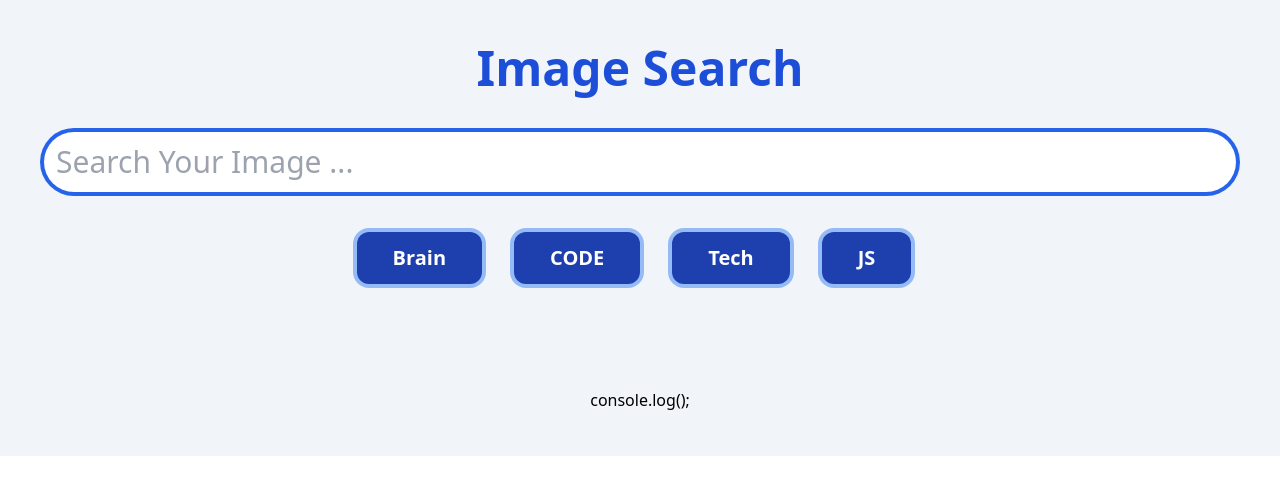
Repository: rkrukshan/react-image-gallery
Page: /
These files come from the project's save history. The page is drawn as it stood at one moment and after the next save; the edit follows.
The browser window is 1280 px wide. The pictures show the whole page.
The project was rebuilt for these pictures with package versions that can differ from the ones it lists, and the page was loaded fresh each time. Also part of the build but not shown: vite.config.js.

Above is the page before, as saved 2025-01-07 21:05:33.

### src/index.css
@tailwind base;
@tailwind components;
@tailwind utilities;

.btn {
  @apply bg-blue-800 text-white px-9 py-3 mr-3 rounded-xl ring-4 font-bold text-xl hover:ring-slate-400 hover:animate-pulse;
}
.img {
  @apply w-96 h-96 transition-all hover:scale-110 hover:ring-8 ring-blue-300 hover:cursor-pointer hover:shadow-xl shadow-black rounded-xl;
}

### src/App.jsx
import Gallery from "./assets/components/Gallery";

export default function App() {
  return (
    <div className=" mx-auto p-11 bg-slate-100">

    <Gallery/>

    </div>
  )
}

### src/assets/components/Gallery.jsx
import { useRef, useState } from "react";

import axios from "axios";

const API_URL = "https://api.unsplash.com/search/photos";

const per_page = 20;
export default function Gallery() {
  const searchInp = useRef(null);
  const [img, setImg] = useState([]);
  const [pge, setPge] = useState(1);
  const [tpage, setTpage] = useState(0);

  const fetchImg = async () => {
    try {
      const { data } = await axios.get(
        `${API_URL}?query=${
          searchInp.current.value
        }&page=${pge}&per_page=${per_page}&client_id=${
          import.meta.env.VITE_API_KEY
        }`
      );
      setImg(data.results);
      setTpage(data.total_pages);
    } catch (error) {
      console.log("Error: ", error.message);
    }
  };

  const formLoad = (event) => {
    event.preventDefault();
    fetchImg();

    console.log(searchInp.current.value);
  };

  const btnSearch = (event) => {
    searchInp.current.value = event;
    fetchImg();
  };

  return (
    <>


    <div>
      <h1 className="font-bold text-5xl text-blue-700 text-center">
        Image Search
      </h1>
      <div className="mt-10 text-3xl text-center">
        <form action="" onSubmit={formLoad}>
          <input
            type="search"
            placeholder="Search Your Image ..."
            className="w-full rounded-full ring-4 ring-blue-600 p-3"
            ref={searchInp}
          />
        </form>
      </div>
      <div className="grid gap-5  lg:flex justify-center mt-10 mx-auto">
        <button className="btn" onClick={() => btnSearch("Brain")}>
          Brain
        </button>
        <button className="btn" onClick={() => btnSearch("CODE")}>
          CODE
        </button>
        <button className="btn" onClick={() => btnSearch("Tech")}>
          Tech
        </button>
        <button className="btn" onClick={() => btnSearch("JS")}>
          JS
        </button>
      </div>

      <div className="flex gap-5 flex-wrap justify-center mt-10">
        {img.map((pic) => {
          return (
            <div key={pic.id} className="">
              <img
                className="img"
                src={pic.urls.small}
                alt={pic.alt_description}
              />
            </div>
          );
        })}
      </div>


    </div>
    <div className="flex flex-row justify-center mt-16">
    {pge > 1 && (
      <button className="btn"
        onClick={() => {
          setPge(pge - 1);
        }}>
        Previous
      </button>
    )}
    {pge < tpage && (
      <button className="btn"
        onClick={() => {
          setPge(pge + 1);
        }}>
        Next
      </button>
    )}
    console.log();

  </div>


    </>
  );
}

Loaded but not shown: index.html (common file); src/main.jsx (common file); tailwind.config.js (common file)

After the next save:
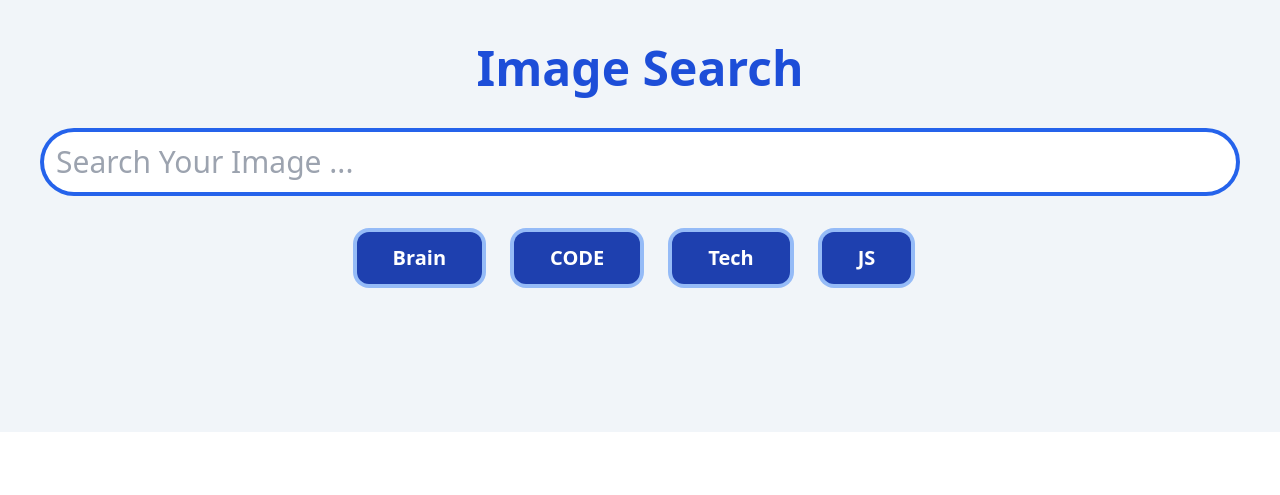
Saved 9 s later.
--- a/src/assets/components/Gallery.jsx
+++ b/src/assets/components/Gallery.jsx
@@ -105,7 +105,6 @@
         Next
       </button>
     )}
-    console.log();
 
   </div>
 
